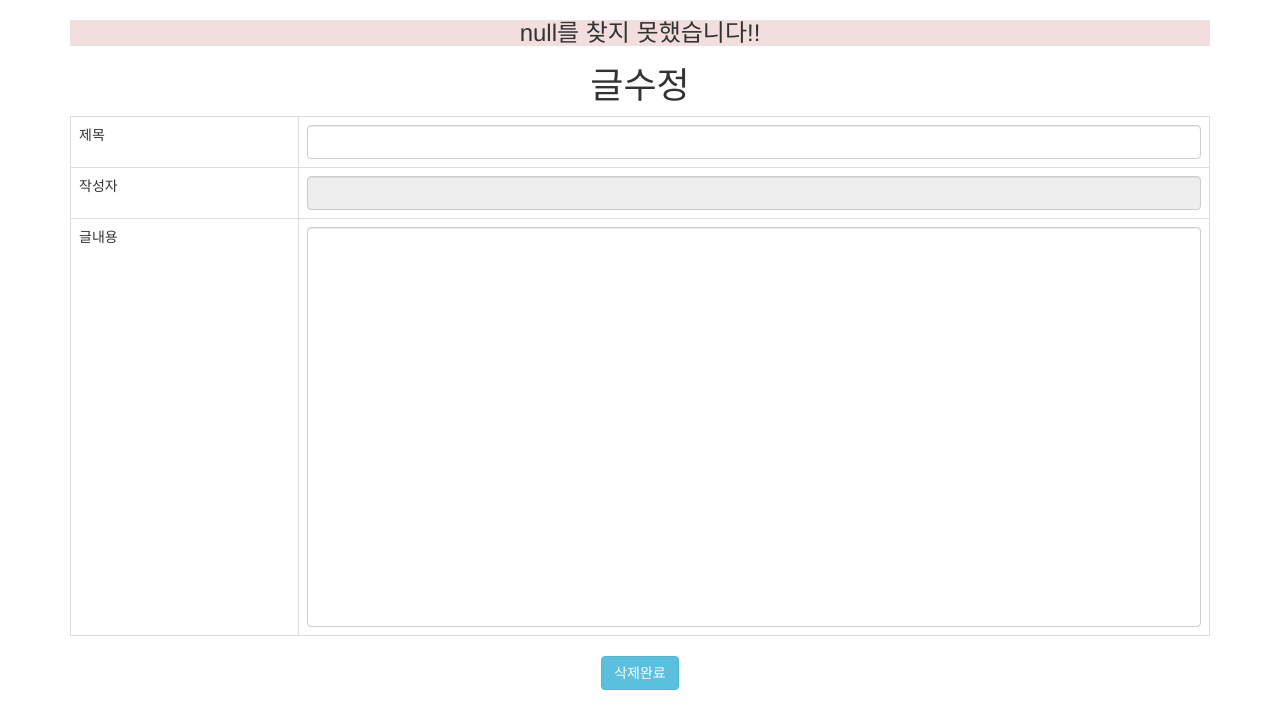
Repository: juhee1020/studying
Page: http://localhost/jsp_board/boarddeleteForm.jsp
The author's editor kept a copy of each file at every save. The page is drawn from the files as they stood at one save, then again after the next save.
The browser window is 1280 px wide. The pictures show the whole page.
The page is served by Tomcat 9. Queries for data that is not in the repository find no rows.

Above is the page before, as saved 2022-12-16 00:56:12.

### JSP/jsp_board/WebContent/boarddeleteForm.jsp
<%@page import="java.util.*"%>
<%@page import="java.sql.*"%>
<%@page import="com.lec.board.*"%>
<%@page language="java" contentType="text/html; charset=UTF-8" pageEncoding="UTF-8"%>
<%@taglib prefix="c" uri="http://java.sun.com/jsp/jstl/core"%>
<%
	request.setCharacterEncoding("utf-8");
	String bno=request.getParameter("bno");
	String subject="";
	String writer="";
	String content="";

	Connection conn=JDBCconnector.getConnection();
	Statement stmt = null;
    ResultSet rs = null;
    String sql="select * from board where bno = '" + bno + "'";
%>
<!DOCTYPE html>
<html>
<head>
    <meta charset="UTF-8">
	<meta name="viewport" content="width=device-width, initial-scale=1, minimum-scale=1, maximum-scale=1">
  	<link rel="stylesheet" href="https://maxcdn.bootstrapcdn.com/bootstrap/3.4.1/css/bootstrap.min.css">
  	<script src="https://ajax.googleapis.com/ajax/libs/jquery/3.6.0/jquery.min.js"></script>
  	<script src="https://maxcdn.bootstrapcdn.com/bootstrap/3.4.1/js/bootstrap.min.js"></script>
</head>
<body>
	<div class="container" align="center">
<%	    try{
    	stmt = conn.createStatement();
		rs = stmt.executeQuery(sql);

		if(rs.next()) {
			subject = rs.getString("subject");
			writer = rs.getString("writer");
			content = rs.getString("content");
		} else {
			out.write("<h3 class='bg-danger text-white'>" + bno + "를 찾지 못했습니다!!</h3>");
		}

    }catch(Exception e){
    	e.printStackTrace();
    }finally{
    	try{
    		if(stmt!=null)stmt.close();
    		if(conn!=null)conn.close();
    	}catch(Exception e){}
    }%>
		<h1>글수정</h1>
		<form action="boardupdate.jsp" method="post">
			<table class="table table-bordered table-dark table-hover">
				<tr>
					<td width="20%">제목</td>
					<td><input type="text" name="subject" class="form-control" value="<%= subject %>"></td>
				</tr>
				<tr>
					<td>작성자</td>
					<td><input type="text" name="writer" class="form-control" value="<%= writer %>" disabled></td>
				</tr>
				<tr width="20%" height="100px">
               <td width="20%" height="400px">글내용</td>
               <td><input type="text" name="content" class="form-control" value="<%= content %>" style="width:100%; height:400px; font-size:15px;"></td>
            </tr>
			</table>
			<input type="submit" class="btn btn-info mt-sm-2" value="삭제완료"/>
		</form>
	</div>
</body>
</html>

### JSP/jsp_board/src/main/java/com/lec/board/JDBCconnector.java
package com.lec.board;
import java.sql.*;

public class JDBCconnector {
	public static Connection getConnection() {
		String DRV = "org.mariadb.jdbc.Driver";
		String URL = "jdbc:mariadb://192.168.0.46:3306/myboard";
		String USR = "root";
		String PWD = "12345";

		try {
			Class.forName(DRV);
			return DriverManager.getConnection(URL, USR, PWD);
		} catch (Exception e) {
			e.printStackTrace();
			return null;
		}
	}
}

After the next save:
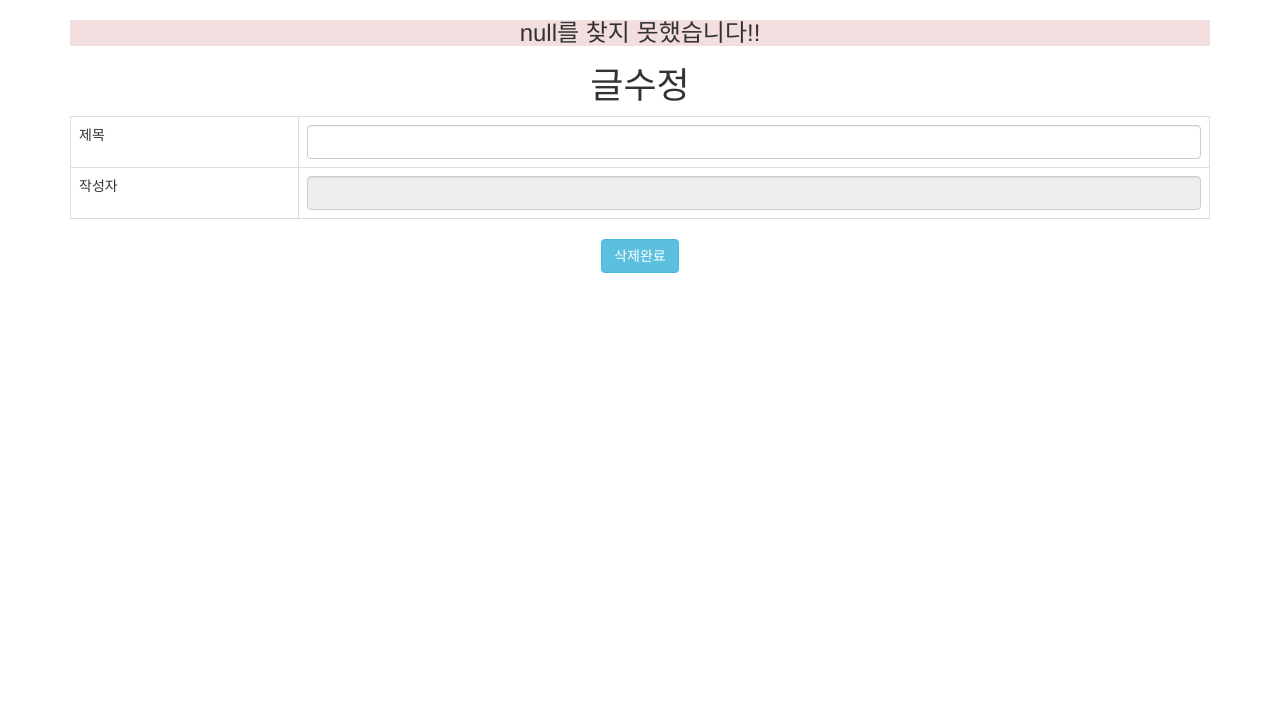
Saved 38 s later.
--- a/JSP/jsp_board/WebContent/boarddeleteForm.jsp
+++ b/JSP/jsp_board/WebContent/boarddeleteForm.jsp
@@ -51,16 +51,12 @@
 			<table class="table table-bordered table-dark table-hover">
 				<tr>
 					<td width="20%">제목</td>
-					<td><input type="text" name="subject" class="form-control" value="<%= subject %>"></td>
+					<td><input type="text" name="subject" class="form-control" placeholder="<%= subject %>"></td>
 				</tr>
 				<tr>
 					<td>작성자</td>
 					<td><input type="text" name="writer" class="form-control" value="<%= writer %>" disabled></td>
 				</tr>
-				<tr width="20%" height="100px">
-               <td width="20%" height="400px">글내용</td>
-               <td><input type="text" name="content" class="form-control" value="<%= content %>" style="width:100%; height:400px; font-size:15px;"></td>
-            </tr>
 			</table>
 			<input type="submit" class="btn btn-info mt-sm-2" value="삭제완료"/>
 		</form>
